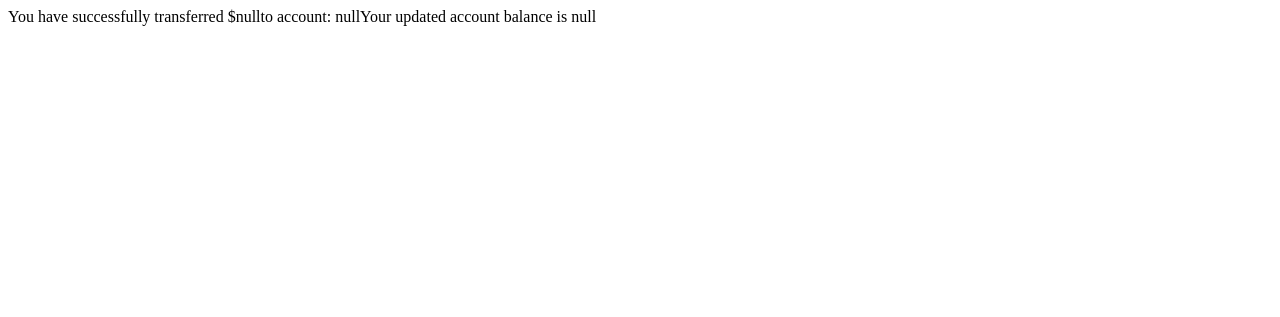
Repository: avchen0/Avensys
Page: http://localhost/FirstProgram/transferSuccess.jsp
An editor plug-in stored every save of this project. The page is shown before and after the next save, followed by the edit.
The browser window is 1280 px wide. The pictures show the whole page.
The page is served by Tomcat 9.

Above is the page before, as saved 2021-08-09 17:38:11.

After the next save:
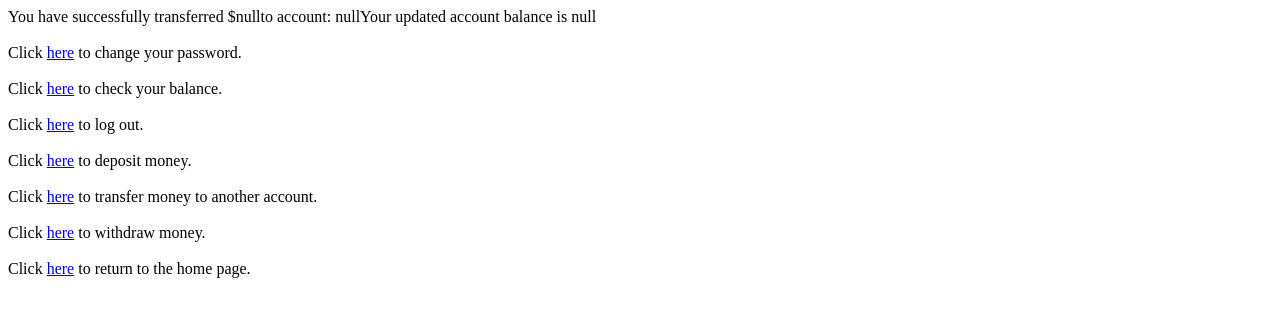
Saved 8 s later.
--- a/Java/FirstProgram/src/main/webapp/transferSuccess.jsp
+++ b/Java/FirstProgram/src/main/webapp/transferSuccess.jsp
@@ -8,5 +8,12 @@
 </head>
 <body>
 <%out.println("You have successfully transferred $" + session.getAttribute("transfer") + "to account: " + session.getAttribute("racno") + "Your updated account balance is " + session.getAttribute("balance"));%>
+<br><br>Click <a href="changePwd.html">here</a> to change your password.
+<br><br>Click <a href="checkBalance.jsp">here</a> to check your balance.
+<br><br>Click <a href="LogOut">here</a> to log out.
+<br><br>Click <a href="deposit.html">here</a> to deposit money.
+<br><br>Click <a href="transfer.html">here</a> to transfer money to another account.
+<br><br>Click <a href="withdraw.html">here</a> to withdraw money.
+<br><br>Click <a href="home.jsp">here</a> to return to the home page.
 </body>
 </html>
